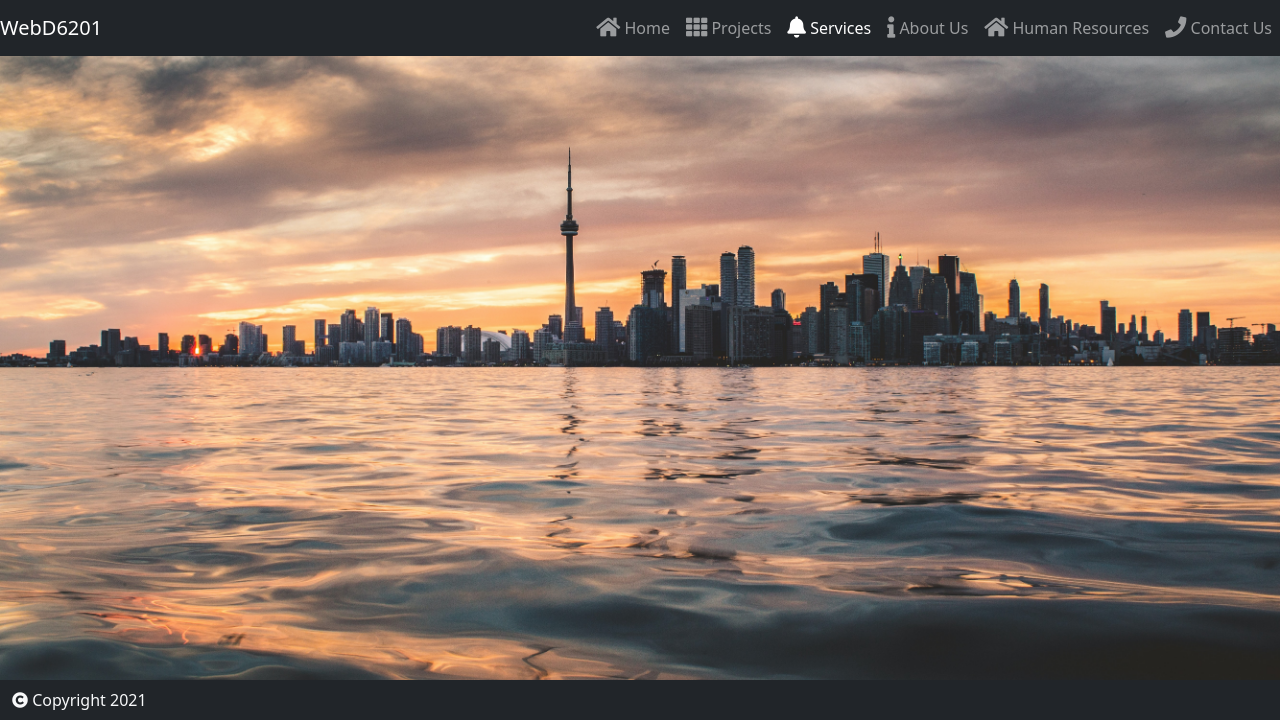
Repository: Tomelinski/Webd6201-Lab02
Page: services.html
These files come from the project's save history. The page is drawn as it stood at one moment and after the next save; the edit follows.
The browser window is 1280 px wide. The pictures show the whole page.
Backgrounds fixed to the window are drawn as part of the page.

Above is the page before, as saved 2021-02-05 21:25:43.

### services.html
<!-- Author(s): Tom Zielinski,
 *              Calvin May
 *
 *   Date: 02/02/2021 | Last Modified: 02/03/2021
 *   Document: Services.html
 *   Description: ...
-->
<!DOCTYPE html>
<html lang="en">
<head>
    <meta charset="UTF-8">
    <meta name="viewport" content="width=device-width, initial-scale=1.0">
    <title>Services</title>
    <!-- -->
    <link rel="stylesheet" href="./node_modules/bootstrap/dist/css/bootstrap.min.css">
    <link rel="stylesheet" href="./node_modules/@fortawesome/fontawesome-free/css/all.min.css">
    <link rel="stylesheet" href="./Content/app.css">

</head>
<body>
      <!-- Main header -->
      <header>
        <!-- Main Nav -->
          <nav class="navbar navbar-expand-lg navbar-dark bg-dark ">
              <a class="navbar-brand" href="./index.html">WebD6201</a>
              <button class="navbar-toggler" type="button" data-toggle="collapse" data-target="#navbarSupportedContent" aria-controls="navbarSupportedContent" aria-expanded="false" aria-label="Toggle navigation">
                <span class="navbar-toggler-icon"></span>
              </button>

              <div class="collapse navbar-collapse" id="navbarSupportedContent">
                <ul id="pageList" class="navbar-nav ms-auto mb-2 mb-lg-0">
                  <li class="nav-item ">
                    <a class="nav-link" aria-current="page" href="index.html"><i class="fas fa-home fa-lg"></i> Home</a>
                  </li>

                  <li class="nav-item">
                      <a id="projects" class="nav-link" aria-current="page" href="products.html"><i class="fas fa-th fa-lg"></i> Products</a>
                  </li>

                  <li class="nav-item">
                      <a class="nav-link active" aria-current="page" href="services.html"><i class="fas fa-bell fa-lg"></i> Services</a>
                  </li>

                  <li class="nav-item">
                      <a class="nav-link" aria-current="page" href="about.html"><i class="fas fa-info fa-lg"></i> About Us</a>
                  </li>

                  <li class="nav-item">
                      <a class="nav-link" aria-current="page" href="contact.html"><i class="fas fa-phone fa-lg"></i> Contact Us</a>
                  </li>
                </ul>
              </div>
            </nav>
      </header>

      <main>

      </main>

    <!-- Script section -->
    <script src="./node_modules/jquery/dist/jquery.min.js"></script>
    <script src="./node_modules/bootstrap/dist/js/bootstrap.bundle.min.js"></script>
    <script src="./Scripts/app.js"></script>
</body>

</html>

### Content/app.css
/* Author(s): Tom Zielinski,
 *              Calvin May
 *
 *   Date: 02/02/2021 | Last Modified: 02/03/2021
 *   Document: Services.html
 *   Description: ...
*/
/* Custom css page */
body{
    width:100vw;
    height:100vh;
    background: url("../Pictures/Toronto.jpg") no-repeat center center fixed;
    -webkit-background-size: cover;
    -moz-background-size: cover;
    -o-background-size: cover;
    background-size: cover;
    overflow-x: hidden;
    margin:0px;
    min-height:100%;
    background-color: gray;
}

.headshot-portrait{
    width: 150px;
    height: 150px;
    border-radius: 50%;
    float: left;
    shape-outside: circle();
    margin: 10px 10px 15px 0px;
}

.about-background{
    background: rgba(210, 210, 210, 0.3);
    border-radius: 5%;

}

.projectOnePic, .projectThreePic{
    height: 200px;
    float: left;
}

.projectTwoPic{
    height: 200px;
    float: Right;
}

#project1, #project2, #project3{
    height: 200px;
}

### Scripts/app.js
/** Author(s): Tom Zielinski,
 *             Calvin May
 *
 *  Date: 02/02/2021 | Last Modified: 02/03/2021
 *  Document: app.js
 *  Description: ...
 */

/** Custom JavaScript Page */

/** IFFE Function */
(() => {

    // Declarations
    let mainContent = document.getElementsByTagName("main")[0]; // Holds the <main> element


    // First Fix the upper, lower navbars. Ensuring they display properly
    fixNavBars();

    /** Web Application Startup Functions */
    /** Start() - Lets the application know which content to load
     *          based on the title of the document.
    */
    function Start() {
        console.log("Web App Started.");``


        // A switch case used to figure out which page is being loaded.
        switch (document.title) {
            case "Home":
                displayHomePage();
                break;
            case "About":
                displayAboutPage();
                break;
            case "Contact":
                displayContactPage();
                break;
            case "Projects":
                displayProjectsPage();
                break;
            case "Services":
                displayServicesPage();
                break;
            case "Human Resources":
                displayHumanResourcesPage();
                break;
        }

    }

    /** Display Page Content Functions */
    /** displayHomePage() - Loads the Content for index.html */
    function displayHomePage() {

        let newParagraph = document.createElement("p");
        newParagraph.setAttribute("id", "paragraphOne");
        newParagraph.className = "fs-6 col col-md-4 mt-5 m-auto px-4 border border-dark border-4 rounded";
        newParagraph.textContent = "Welcome to Cavlin May's and Tom Zielinski's Webd6201 Lab01 webpage.";

        mainContent.appendChild(newParagraph);
    }

    /** displayAboutPage() - Loads the Content for about.html */
    function displayAboutPage() {

        // About Tom Content
        //-Create Elements for About Tom
        let aboutTomDiv = document.getElementById("about-tom");
        let tomHeading = document.createElement("h2");
        let pic = document.createElement("img");
        let aboutTom = document.createElement("p");
        let tomResume = document.createElement("a");

        // Set the Attributes, html, and Content for Toms Elements
        //-Name Heading
        tomHeading.textContent = "Tom Zielinski";
        //-Portrait
        pic.setAttribute("src", "../Pictures/Tom.jpeg");
        pic.setAttribute("class", "headshot-portrait");
        pic.setAttribute("alt", "Headshot of Tom");
        //-Resume
        tomResume.setAttribute("href", "../files/resumes/Tom_Resume.pdf");
        tomResume.setAttribute("download", "");
        tomResume.setAttribute("class", "btn btn-primary");
        tomResume.textContent = "Resume";
        //-About Info
        aboutTom.innerHTML = `<hr/><p>Hello, My name is Tom Zielinski. I am a second year student at Durham College enrolled in the Computer Programming & Analysis program.</p>`;

        // Insert the Elements within the about-tom div
        aboutTomDiv.appendChild(pic);
        aboutTomDiv.appendChild(tomHeading);
        aboutTomDiv.appendChild(tomResume);
        aboutTomDiv.appendChild(aboutTom);

        // About Calvin Content
        //-Create Elements for About Calvin
        let aboutCalvinDiv = document.getElementById("about-calvin");
        let calvinHeading = document.createElement("h2");
        let calvinPortrait = document.createElement("img");
        let aboutCalvin = document.createElement("p");
        let calvinResume = document.createElement("a");

        // Set the Attributes, html, and Content for Toms Elements
        //-Name Heading
        calvinHeading.textContent = "Calvin May";
        //-Portrait
        calvinPortrait.setAttribute("src", "../Pictures/Calvin.jpg");
        calvinPortrait.setAttribute("class", "headshot-portrait");
        calvinPortrait.setAttribute("alt", "Headshot of Tom");
        //-Resume
        calvinResume.setAttribute("href", "../files/resumes/Calvin_Resume.pdf");
        calvinResume.setAttribute("download", "");
        calvinResume.setAttribute("class", "btn btn-primary");
        calvinResume.textContent = "Resume";
        //-About Info
        aboutCalvin.innerHTML = `<hr/>
        <p>Hi, my name's Calvin. <br/><br/>
        I'm a Coop Student at Durham College working towards an Advanced Diploma in
        Computer Programming & Analysis. If you've stumbled upon this website, you're
        probably my professor, hey Tom! I hope grading isnt taking up too much of your
        time, see you in class! <br/>
        If your not my professor, that was a bit awkward. <br/>
        I'm an aspiring developer, like my friend Tom to your right, and have experience
        in several programming languages like C#, C++, and PHP. But this website doesnt
        use PHP. The dynamic portions of this website are programmed using JavaScript
        and DOM Manipulation.
        <br/> <br/>
        If you want to get to know me a bit more, click the resume button by my name or
        take a look at my linkedIn Account. <br/>
        <a class="nav-link" href="https://www.linkedin.com/in/calvin-may-384798200/">My LinkedIn</a>
        </p>`;

        // Insert the Elements within the about-tom div
        aboutCalvinDiv.appendChild(calvinPortrait);
        aboutCalvinDiv.appendChild(calvinHeading);
        aboutCalvinDiv.appendChild(calvinResume);
        aboutCalvinDiv.appendChild(aboutCalvin);
    }

    /** displayContactPage() - Loads the Content for contact.html */
    function displayContactPage() {

    }

    /** displayProjectsPage() - Loads the Content for projects.html */
    function displayProjectsPage() {

    }

    /** displayServicesPage() - Loads the Content for services.html */
    function displayServicesPage() {

    }

    /** displayHumanResourcesPage() - Loads the Content for human_resources.html */
    function displayHumanResourcesPage() {


    }

    /**
     * fixNavBars() - This Function is used to finish creating the Header/Footer Navbars
     *              using DOM Manipulation and Injection. First it fixes the "Products"
     *              NavBar link to correctly show, "Projects" and link to the projects.html
     *              page. It also Insert a new NavBar link, "Human Recources" between
     *              "About us" and "Contact Us" links. Finally, it adds a footer to the
     *              bottom of the page.
     */
    function fixNavBars()
    {
        // Fix the "Products" Nav item
        let projectPageAnchor = document.getElementById("projects");    // Get the Nav item Anchor tag by id
        projectPageAnchor.setAttribute("href", "projects.html");        // Correctly set the Hypertext Reference attribute
        projectPageAnchor.innerHTML = "<i class=\"fas fa-th fa-lg\"></i> Projects"; // Correctly set the text to indicate a project page

        // Insert a Nav item for Human Resources
        let navBarItemList = document.getElementById("pageList");  // Get the <ul> holding the Page links
        let humanResourcesListItem = document.createElement("li"); // Create a new list Item
        humanResourcesListItem.setAttribute("class", "nav-item");  // Set the class of the list item to "nav-item"
        // Create the anchor that will exist within the humanResourcesListItem
        let hrListItemData = '<a class="nav-link" aria-current="page" ' +
                             'href="human_resources.html"><i class="fas fa-home fa-lg"></i> Human Resources</a>';
        // Set the innerHtml with the data above
        humanResourcesListItem.innerHTML = hrListItemData;
        // Insert the new listitem before the 8th child within the <ul>
        //-(8th because it counts both the <li> elements and the <a> elements within)
        navBarItemList.insertBefore(humanResourcesListItem, navBarItemList.childNodes[8]);


        // Insert a new footer NavBar
        let footerData = "";    // A variable to hold the html code for the footers navBar
        // Create the footer element
        let pageFooter = document.createElement("footer");
        // Insert the new footer element before the "next" sibling of <main>
        //-Reads as <body>.insertBefore(pageFooter, elementAfterMain)
        mainContent.parentNode.insertBefore(pageFooter, mainContent.nextSibling);

        footerData = '<nav class="navbar fixed-bottom navbar-dark bg-dark"> ' +
                     '<div class="container-fluid"> ' +
                     '<h7 class="text-light"><i class="fas fa-copyright text-light"></i> Copyright 2021</h7> ' +
                     '</div> ' +
                     '</nav> ';
        pageFooter.innerHTML = footerData;

    }

    // Add an event listener for the load event (Page load).
    //-Call the Start() function so that we can display page
    //-specific content
    window.addEventListener("load", Start);

})();

Loaded but not shown: node_modules/bootstrap/dist/css/bootstrap.min.css (library); node_modules/@fortawesome/fontawesome-free/css/all.min.css (library); node_modules/jquery/dist/jquery.min.js (library); node_modules/bootstrap/dist/js/bootstrap.bundle.min.js (library)

After the next save:
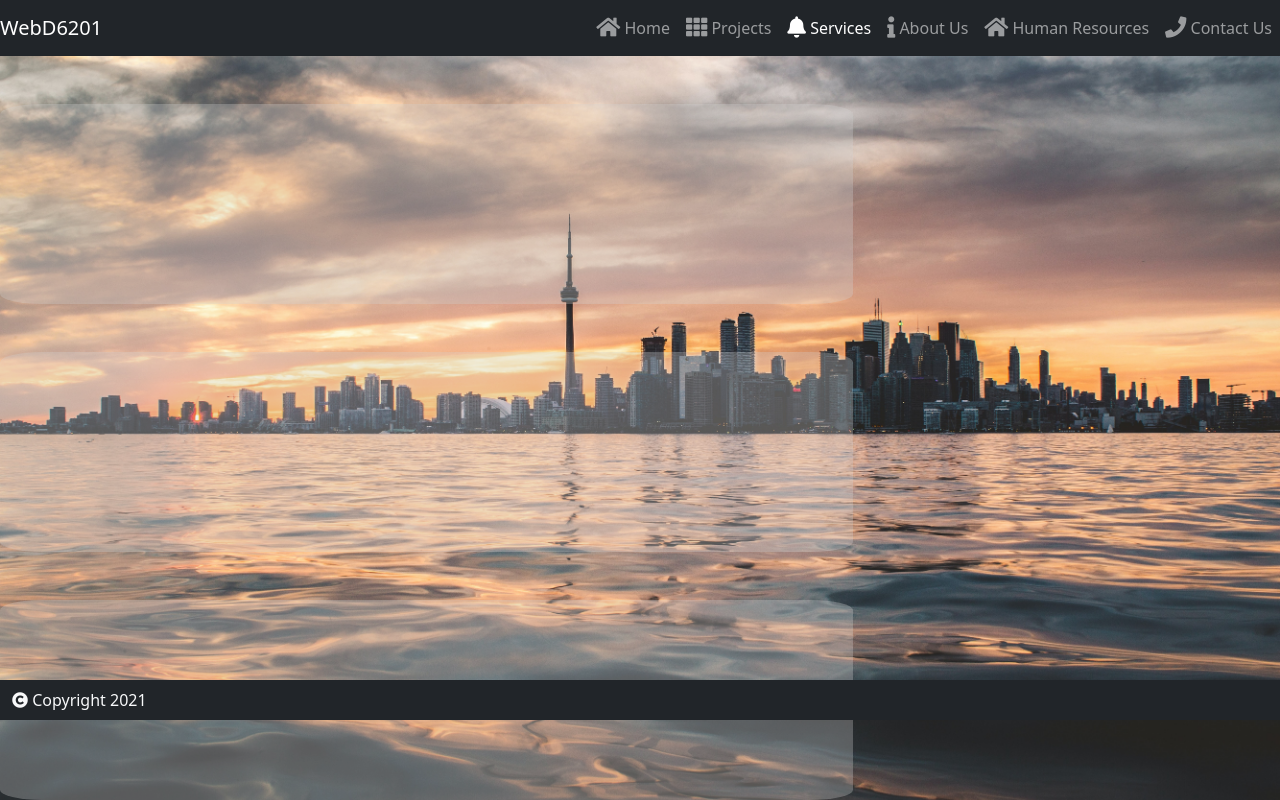
Saved 5 s later.
--- a/services.html
+++ b/services.html
@@ -54,7 +54,17 @@
       </header>
 
       <main>
+        <div class="container"></div>
+          <div id="project1" class="col-8 mt-5 about-background">
 
+          </div>
+          <div id="project2" class="col-8 mt-5 about-background">
+
+          </div>
+          <div id="project3" class="col-8 mt-5 about-background">
+
+          </div>
+      </div>
       </main>
 
     <!-- Script section -->
